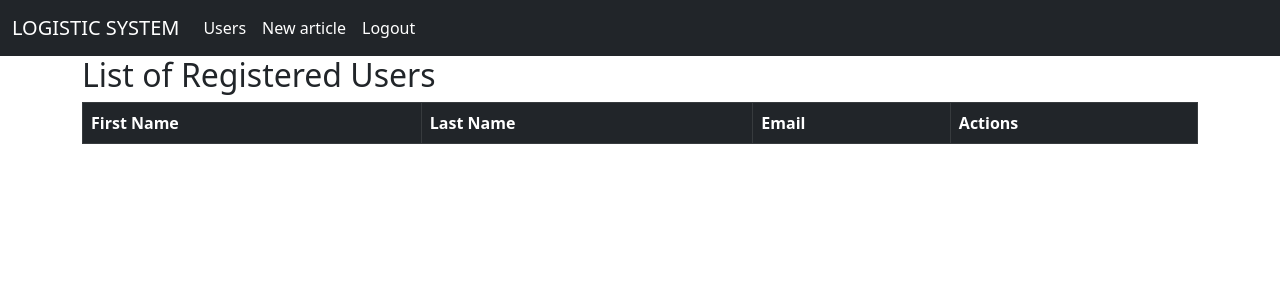
Repository: ADEMbenkahla/STS-d-affichage-quipements
Page: http://localhost/users
These files come from the project's save history. The page is drawn as it stood at one moment and after the next save; the edit follows.
The browser window is 1280 px wide. The pictures show the whole page.
The page is this project's Thymeleaf template; nobody is signed in. The template is opened directly, without the code that normally fills it, so the values that code supplies are empty.

Above is the page before, as saved 2023-12-01 21:14:09.

### Stage/src/main/resources/templates/users.html
<!DOCTYPE html>
<html lang="en"
    xmlns:th="http://www.thymeleaf.org"
>
<head>
    <meta charset="UTF-8">
    <title>Logistics System</title>
    <link href="https://cdn.jsdelivr.net/npm/bootstrap@5.0.2/dist/css/bootstrap.min.css"
          rel="stylesheet"
          integrity="sha384-EVSTQN3/azprG1Anm3QDgpJLIm9Nao0Yz1ztcQTwFspd3yD65VohhpuuCOmLASjC"
          crossorigin="anonymous">
</head>
<body>
<nav class="navbar navbar-expand-lg navbar-dark bg-dark">
    <div class="container-fluid">
        <a class="navbar-brand" th:href="@{/index}">LOGISTIC SYSTEM</a>
        <button class="navbar-toggler" type="button" data-bs-toggle="collapse" data-bs-target="#navbarSupportedContent" aria-controls="navbarSupportedContent" aria-expanded="false" aria-label="Toggle navigation">
            <span class="navbar-toggler-icon"></span>
        </button>
        <div class="collapse navbar-collapse" id="navbarSupportedContent">
            <ul class="navbar-nav me-auto mb-2 mb-lg-0">
             	<li class="nav-item">
                    <a class="nav-link active" aria-current="page" th:href="@{/users}">Users</a>
                </li>
                <li class="nav-item">
                	<a class="nav-link active" aria-current="page" th:href="@{/save}">New article</a>
                </li>
                <li class="nav-item">
                    <a class="nav-link active" aria-current="page" th:href="@{/logout}">Logout</a>
                </li>
            </ul>
        </div>
    </div>
</nav>
<div class="container">
    <div class="row col-md-10">
        <h2>List of Registered Users</h2>
    </div>
    <table class="table table-bordered table-hover">
        <thead class="table-dark">
            <tr>
                <th>First Name</th>
                <th>Last Name</th>
                <th>Email</th>
                <th>Actions</th>
            </tr>
        </thead>
        <tbody>
            <tr th:each = "user : ${users}">
				<td th:text = "${user.id}"></td>
                <td th:text = "${user.firstName}"></td>
                <td th:text = "${user.lastName}"></td>
                <td th:text = "${user.email}"></td>
                <td>
	               <form th:action="@{/userDelete}" th:object="${user}" method="post">
	                    <input type="hidden" name="id" th:value="${user.id}">
	                    <input type="hidden" name="firstName" th:value="${user.firstName}">
	                    <input type="hidden" name="lastName" th:value="${user.lastName}">
	                    <input type="hidden" name="email" th:value="${user.email}">
	                    <input type="hidden" name="password" th:value="${user.password}">
	                    <button type="submit">Delete</button>
	               </form>

            </tr>
        </tbody>
    </table>
</div>
</body>
</html>

After the next save:
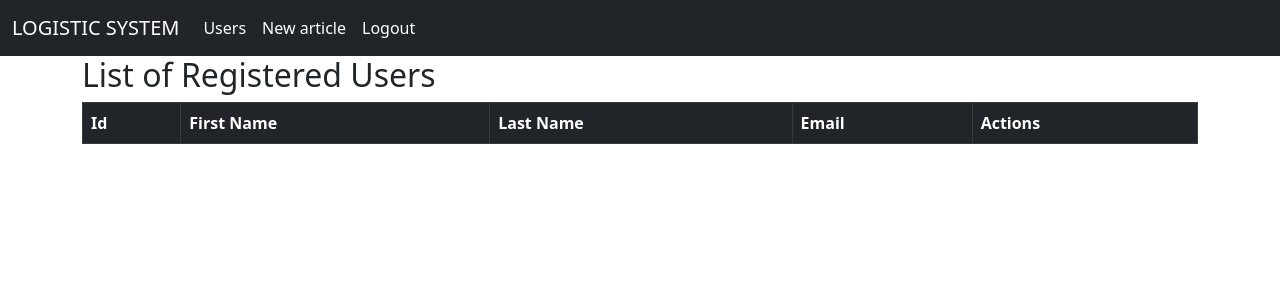
Saved 20 s later.
--- a/Stage/src/main/resources/templates/users.html
+++ b/Stage/src/main/resources/templates/users.html
@@ -39,6 +39,7 @@
     <table class="table table-bordered table-hover">
         <thead class="table-dark">
             <tr>
+				<th>Id</th>
                 <th>First Name</th>
                 <th>Last Name</th>
                 <th>Email</th>
